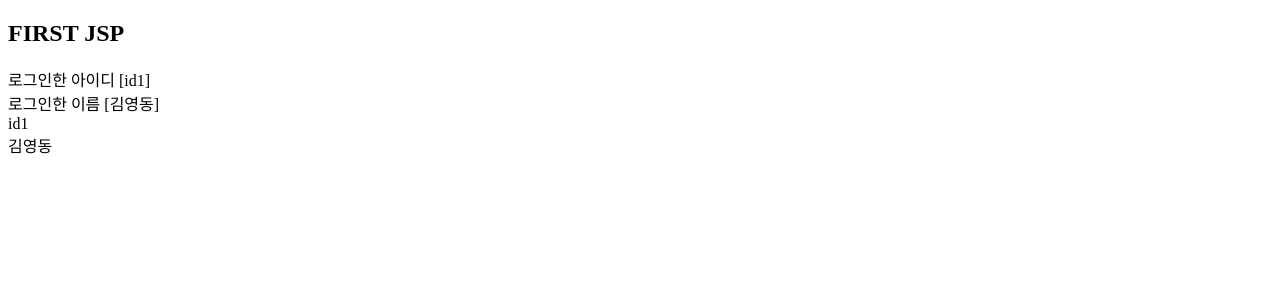
Repository: phoresis92/KITRI_JSP
Page: http://localhost/eljstl2/first.do
The author's editor kept a copy of each file at every save. The page is drawn from the files as they stood at one save, then again after the next save.
The browser window is 1280 px wide. The pictures show the whole page.
The page is served by Tomcat 9. Other server files are loaded and not shown.

Above is the page before, as saved 2018-12-20 04:29:28.

### JSP_workspace/eljstl2/WebContent/first.jsp
<%@ page language="java" contentType="text/html; charset=UTF-8" %>
<!DOCTYPE html>
<html>
<head>
<meta charset="UTF-8">
<title>Insert title here</title>
</head>
<body>
	<h2>FIRST JSP</h2>
	<%
	String loginId =
		(String)request.getAttribute("loginId");
	String loginName =
		(String)request.getAttribute("loginName");
	%>
	로그인한 아이디 [<%= loginId %>] <br/>
	로그인한 이름 [<%= loginName %>] <br/>

	${ loginId } <br/>
	${ loginName } <br/>
</body>
</html>

### JSP_workspace/eljstl2/src/control/FirstServlet.java
package control;

import java.io.IOException;
import javax.servlet.ServletException;
import javax.servlet.http.HttpServlet;
import javax.servlet.http.HttpServletRequest;
import javax.servlet.http.HttpServletResponse;
import javax.servlet.RequestDispatcher;

public class FirstServlet extends HttpServlet {
	private static final long serialVersionUID = 1L;

	protected void doGet(HttpServletRequest req, HttpServletResponse resp) throws ServletException, IOException {
		req.setAttribute("loginId", "id1");
		req.setAttribute("loginName", "김영동");

		String path = "first.jsp";
		RequestDispatcher rd = req.getRequestDispatcher(path);
		rd.forward(req, resp);
	}

}

After the next save:
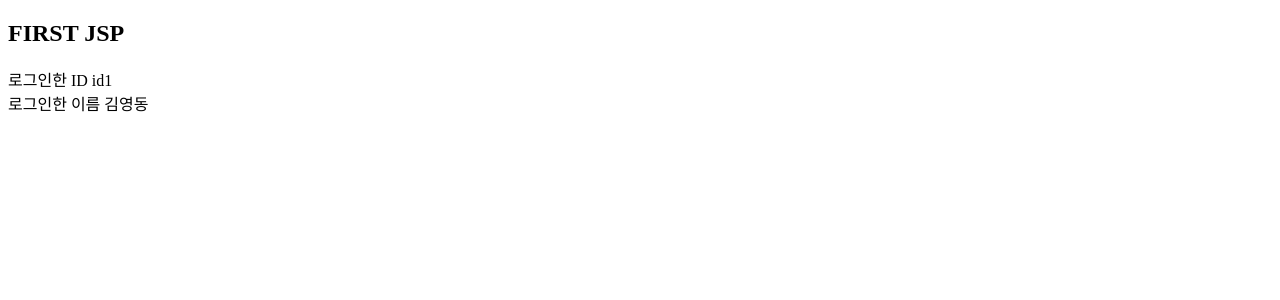
Saved 10 min 29 s later.
--- a/JSP_workspace/eljstl2/WebContent/first.jsp
+++ b/JSP_workspace/eljstl2/WebContent/first.jsp
@@ -7,16 +7,19 @@
 </head>
 <body>
 	<h2>FIRST JSP</h2>
-	<%
+<%-- 	<%
 	String loginId =
 		(String)request.getAttribute("loginId");
 	String loginName =
 		(String)request.getAttribute("loginName");
 	%>
 	로그인한 아이디 [<%= loginId %>] <br/>
-	로그인한 이름 [<%= loginName %>] <br/>
+	로그인한 이름 [<%= loginName %>] <br/> --%>
 
-	${ loginId } <br/>
-	${ loginName } <br/>
+	<%-- <jsp:useBean id="loginId" class="java.lang.String" scope="request"/>
+	<jsp:getProperty property="" name="loginId"/> --%>
+
+	로그인한 ID ${ requestScope.loginId } <br/>
+	로그인한 이름 ${ loginName } <br/>
 </body>
 </html>
